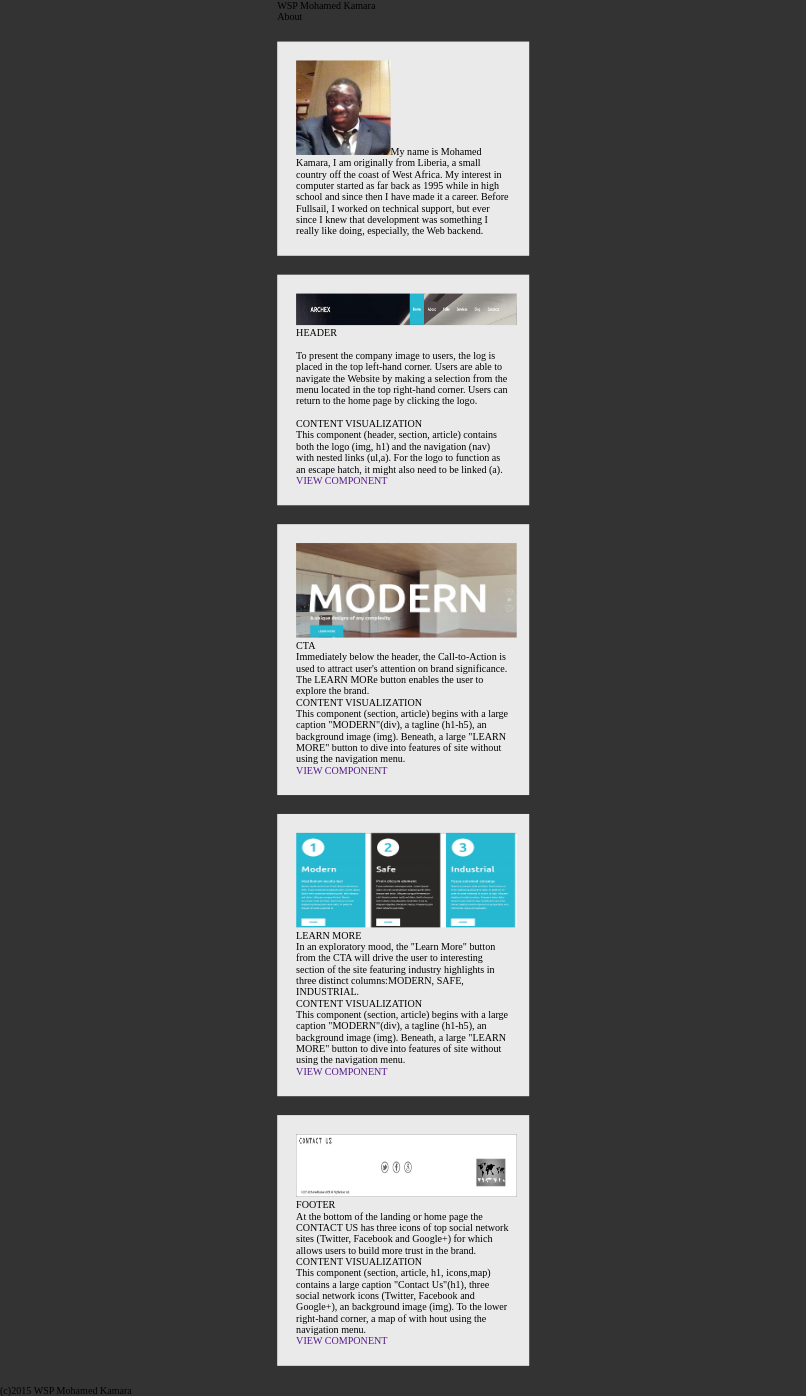
Repository: makamara/WSP_Project
Page: wsp/index.html
An editor plug-in stored every save of this project. The page is shown before and after the next save, followed by the edit.
The browser window is 1280 px wide. The pictures show the whole page, at 63% of full size.

Above is the page before, as saved 2015-09-15 17:14:42.

### wsp/index.html
<!DOCTYPE html>
<html>
<head>
	<title>WSP: Mohamed Kamara</title>
	<link rel="stylesheet" type="text/css" href="css/reset.css" />
	<link rel="stylesheet" type="text/css" href="css/main.css" />
</head>
<body>


	<!-- Header -->
	<header>
		<h1>WSP Mohamed Kamara</h1>
	</header>

	<!-- About -->
	<section>
		<h1>About</h1>
		<div class="image">

		</div>
		<article>
		<p><img src="images/art_pix.jpg" alt="Mohamed Kamara" width="150" height="150" />My name is Mohamed Kamara, I am originally from Liberia, a small country off the coast of West Africa. My interest in computer
		started as far back as 1995 while in high school and since then I have made it a career. Before Fullsail, I worked on technical
		support, but ever since I knew that development was something I really like doing, especially, the Web backend.
		</p>
		</article>
	</section>

	<!-- Blog, Components -->
	<section>
		<!-- Header section -->
		<article>

			<img src="images/header.png" alt="Header Section" width="350" height="50" />
			<h1>HEADER</h1><br />
			<p>To present the company image to users, the log is placed in the top left-hand corner. Users are able to navigate the Website
			by making a selection from the menu located in the top right-hand corner. Users can return to the home page by clicking the logo.
			</p><br />
			<h3>CONTENT VISUALIZATION</h3>
			<p>This component (header, section, article) contains both the logo (img, h1) and the navigation (nav) with nested links (ul,a).
			For the logo to function as an escape hatch, it might also need to be linked (a).
			</p>
			<p><a href="" class="button">VIEW COMPONENT</a></p>
		</article>
		<!-- CTA section -->
		<article>
			<img src="images/cta.jpg" alt="CTA" width="350" height="150" />
			<h1>CTA</h1>
			<p>Immediately below the header, the Call-to-Action is used to attract user's attention on brand significance.
				The <strong>LEARN MORe</strong> button enables the user to explore the brand.
			</p>
			<h2>CONTENT VISUALIZATION</h2>
			<p>This component (section, article) begins with a large caption "MODERN"(div), a tagline (h1-h5), an background image (img).
			Beneath, a large "LEARN MORE" button to dive into features of site without using the navigation menu.
			</p>
			<p><a href="" class="button">VIEW COMPONENT</a></p>
		</article>
	<!-- LEARN MORE section -->
		<article>
			<img src="images/learnmore.jpg" alt="Learn More" width="350" height="150" />
			<h1>LEARN MORE</h1>
			<p>In an exploratory mood, the "Learn More" button from the CTA will drive the user to interesting section of the site featuring
			industry highlights in three distinct columns:MODERN, SAFE, INDUSTRIAL.

			</p>
			<h2>CONTENT VISUALIZATION</h2>
			<p>This component (section, article) begins with a large caption "MODERN"(div), a tagline (h1-h5), an background image (img).
			Beneath, a large "LEARN MORE" button to dive into features of site without using the navigation menu.
			</p>
			<p><a href="" class="button">VIEW COMPONENT</a></p>
		</article>
		<!-- FOOTER section -->
		<article>
			<img src="images/footer.jpg" alt="Footer" width="350" height="100" />
			<h1>FOOTER</h1>
			<p>At the bottom of the landing or home page the CONTACT US has three icons of top social network sites (Twitter, Facebook and Google+) for
			which allows users to build more trust in the brand.

			</p>
			<h2>CONTENT VISUALIZATION</h2>
			<p>This component (section, article, h1, icons,map) contains a large caption "Contact Us"(h1), three social network icons (Twitter, Facebook and Google+),
				 an background image (img). To the lower right-hand corner, a map of with hout using the navigation menu.
			</p>
			<p><a href="" class="button">VIEW COMPONENT</a></p>
		</article>
	</section>
<footer>(c)2015 WSP Mohamed Kamara</footer>
</body>
</html>

### wsp/css/reset.css
/* CSS RESET
====================================================================================================
====================================================================================================
*/



html, body, div, main, span, applet, object, iframe,
h1, h2, h3, h4, h5, h6, p, blockquote, pre,
a, abbr, acronym, address, big, cite, code,
del, dfn, em, img, ins, kbd, q, s, samp,
small, strike, strong, sub, sup, tt, var,
b, u, i, center,
dl, dt, dd, ol, ul, li,
fieldset, form, label, legend, input, textarea,
table, caption, tbody, tfoot, thead, tr, th, td,
article, aside, canvas, details, embed,
figure, figcaption, footer, header, hgroup,
menu, nav, output, ruby, section, summary,
time, mark, audio, video,
::before, ::after {

	margin: 0; padding: 0;
	border: 0;
	font-size: 100%;
	font: inherit;
	vertical-align: baseline;
	text-decoration: none;

	box-sizing: border-box;

}

// HTML5 - Older browser support
// ======================================================================
article, aside, details, figcaption, figure,
footer, header, hgroup, menu, nav, section {
	display: block;
}


// BODY
// ======================================================================
body { line-height: 1; }


// LISTS - Clear bullets
// ======================================================================
ol, ul { list-style: none; }


// QUOTES
// ======================================================================
blockquote, q { quotes: none; }
blockquote:before, blockquote:after,
q:before, q:after {
	content: '';
	content: none;
}

// TABLES
// ======================================================================
table {
	border-collapse: collapse;
	border-spacing: 0;
}

### wsp/css/main.css
/* Project CSS
============================================================
============================================================*/
body {
    background: #333333;
}

header, section {
    width: 400px;
    margin: 0 auto;
}


/* HEADER ============================== */

/* ABOUT ============================== */

/* COMPONENTS ============================== */
article {
    background: #eaeaea;
    padding: 30px;
    margin: 30px 0;
}

After the next save:
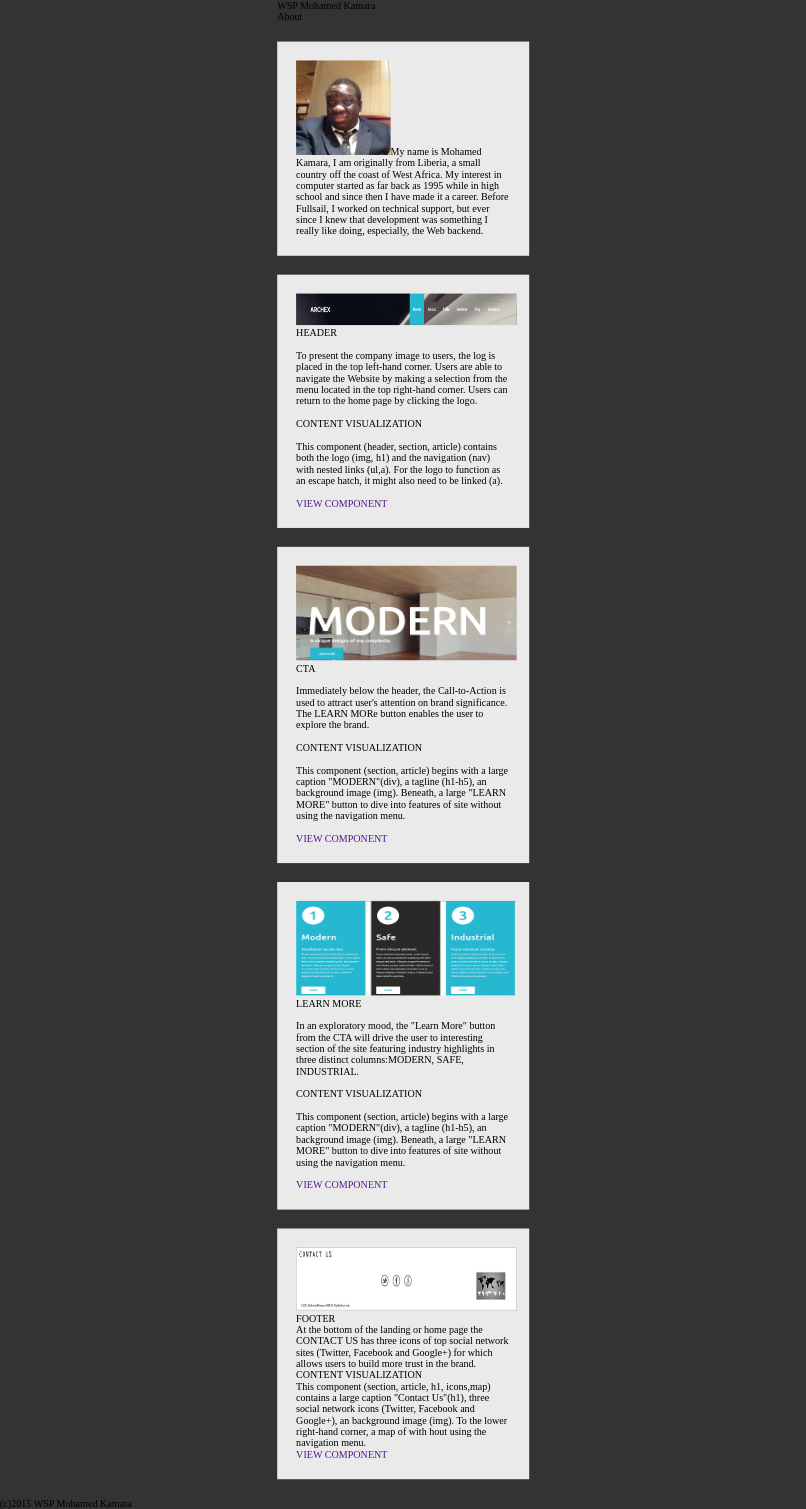
Saved 15 min 53 s later.
--- a/wsp/index.html
+++ b/wsp/index.html
@@ -37,37 +37,38 @@
 			<p>To present the company image to users, the log is placed in the top left-hand corner. Users are able to navigate the Website
 			by making a selection from the menu located in the top right-hand corner. Users can return to the home page by clicking the logo.
 			</p><br />
-			<h3>CONTENT VISUALIZATION</h3>
+			<h3>CONTENT VISUALIZATION</h3><br />
+
 			<p>This component (header, section, article) contains both the logo (img, h1) and the navigation (nav) with nested links (ul,a).
 			For the logo to function as an escape hatch, it might also need to be linked (a).
-			</p>
+			</p><br />
 			<p><a href="" class="button">VIEW COMPONENT</a></p>
 		</article>
 		<!-- CTA section -->
 		<article>
 			<img src="images/cta.jpg" alt="CTA" width="350" height="150" />
-			<h1>CTA</h1>
+			<h1>CTA</h1><br />
 			<p>Immediately below the header, the Call-to-Action is used to attract user's attention on brand significance.
 				The <strong>LEARN MORe</strong> button enables the user to explore the brand.
-			</p>
-			<h2>CONTENT VISUALIZATION</h2>
+			</p><br />
+			<h2>CONTENT VISUALIZATION</h2><br />
 			<p>This component (section, article) begins with a large caption "MODERN"(div), a tagline (h1-h5), an background image (img).
 			Beneath, a large "LEARN MORE" button to dive into features of site without using the navigation menu.
-			</p>
+			</p><br />
 			<p><a href="" class="button">VIEW COMPONENT</a></p>
 		</article>
 	<!-- LEARN MORE section -->
 		<article>
 			<img src="images/learnmore.jpg" alt="Learn More" width="350" height="150" />
-			<h1>LEARN MORE</h1>
+			<h1>LEARN MORE</h1><br />
 			<p>In an exploratory mood, the "Learn More" button from the CTA will drive the user to interesting section of the site featuring
 			industry highlights in three distinct columns:MODERN, SAFE, INDUSTRIAL.
 
-			</p>
-			<h2>CONTENT VISUALIZATION</h2>
+			</p><br />
+			<h2>CONTENT VISUALIZATION</h2><br />
 			<p>This component (section, article) begins with a large caption "MODERN"(div), a tagline (h1-h5), an background image (img).
 			Beneath, a large "LEARN MORE" button to dive into features of site without using the navigation menu.
-			</p>
+			</p><br />
 			<p><a href="" class="button">VIEW COMPONENT</a></p>
 		</article>
 		<!-- FOOTER section -->
